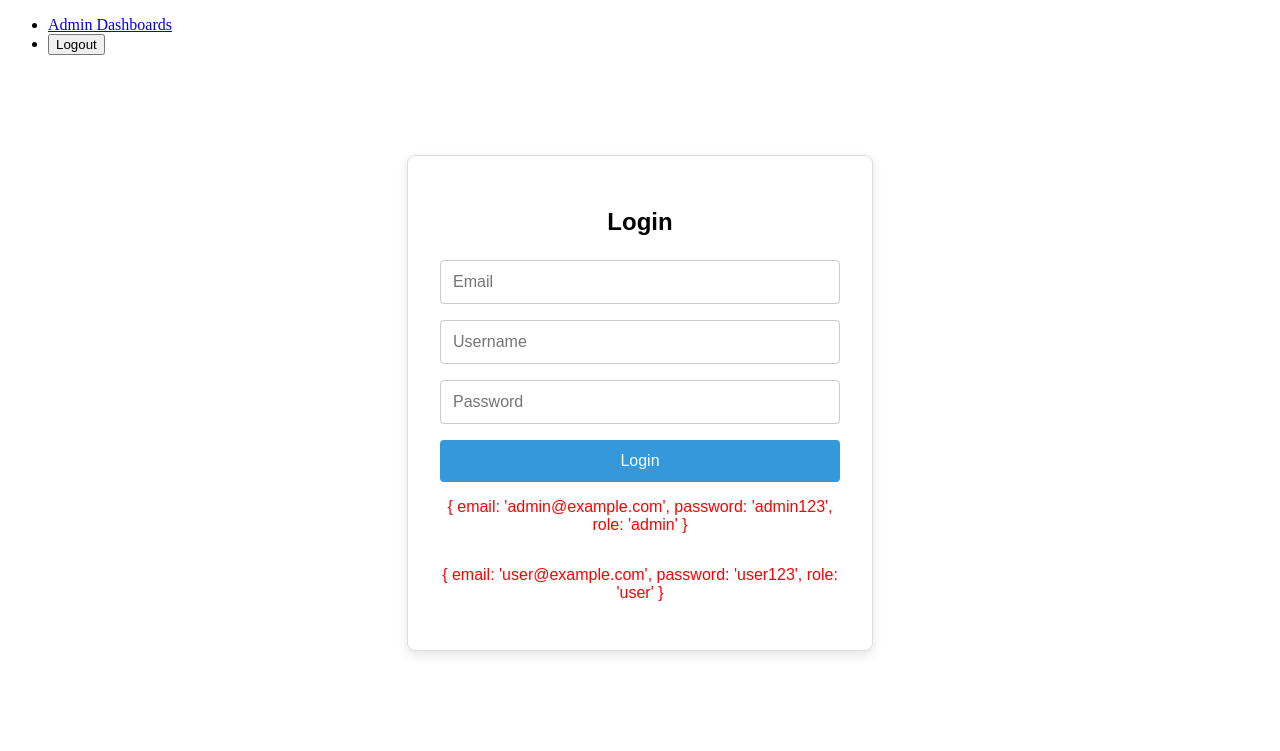
Repository: Edmund-Kiama/todoPHP
Page: / (app in task-manager-frontend/)
An editor plug-in stored every save of this project. The page is shown before and after the next save, followed by the edit.
The browser window is 1280 px wide. The pictures show the whole page.
The project was rebuilt for these pictures with package versions that can differ from the ones it lists, and the page was loaded fresh each time. Also part of the build but not shown: task-manager-frontend/vite.config.js, task-manager-frontend/src/components/Admin/admin.css, task-manager-frontend/src/components/Admin/AdminDashboard.vue, task-manager-frontend/src/components/User/user.css, task-manager-frontend/src/components/User/UserDashboard.vue.

Above is the page before, as saved 2025-07-12 21:07:35.

### task-manager-frontend/src/App.vue
<script setup>
  import Navbar from './components/Navbar/Navbar.vue';
  import { store } from './store';
</script>

<template>
  <Navbar />
  <router-view />
</template>

### task-manager-frontend/src/router/index.js
import { createRouter, createWebHistory } from 'vue-router';
import Login from '../components/Login/Login.vue';
import AdminDashboard from '../components/Admin/AdminDashboard.vue';
import UserDashboard from '../components/User/UserDashboard.vue';

const routes = [
  { path: '/', name: 'Login', component: Login },
  { path: '/admin', name: 'AdminDashboard', component: AdminDashboard },
  { path: '/user', name: 'UserDashboard', component: UserDashboard }
];

const router = createRouter({
  history: createWebHistory(),
  routes
});

export default router;

### task-manager-frontend/src/components/Navbar/Navbar.vue

<template>
  <nav v-if="store.user.loggedIn" class="">
    <ul>
      <li v-if="user.role === 'admin'"><a href="/admin">Admin Dashboards</a></li>
      <li v-if="user.role === 'user'"><a href="/user">User Dashboard</a></li>
      <li><button @click="logout">Logout</button></li>
    </ul>
  </nav>
</template>

<script setup>
  import "./nav.css"
  import { store } from '../../store'
  import { useRouter } from 'vue-router'

  const router = useRouter()

  const user = store.user
  if (!user.loggedIn) router.push('/')

  function logout() {
    store.user.role = null
    store.user.loggedIn = false
    localStorage.removeItem('token')
    router.push('/login')
  }
</script>

### task-manager-frontend/src/store.js
import { reactive } from 'vue'

export const store = reactive({
  user: {
    role: "admin",
    loggedIn: true,
    username: null
  },
})

### task-manager-frontend/src/components/Login/Login.vue
<script setup>
    import './login.css'
    import { ref } from 'vue';
    import { useRouter } from 'vue-router';

    const email = ref('');
    const name = ref('');
    const password = ref('');
    const error = ref('');
    const router = useRouter();

    const login = () => {
        const users = [
        { email: 'admin@example.com', password: 'admin123', role: 'admin' },
        { email: 'user@example.com', password: 'user123', role: 'user' },
        ];

        const user = users.find(
            (u) => u.email === email.value && u.password === password.value
        );

        if (!user) error.value = "Invalid credentials"
        if (user?.role === 'admin') router.push('/admin');
        if (user?.role === 'user') router.push('/user');
    };
</script>

<template>
    <div class="login-container">
        <h2>Login</h2>
        <form @submit.prevent="login">
            <input v-model="email" placeholder="Email" required />
            <input v-model="name" placeholder="Username" required />
            <input type="password" v-model="password" placeholder="Password" required />
            <button>Login</button>
            <p v-if="error">{{ error }}</p>
            <p>{ email: 'admin@example.com', password: 'admin123', role: 'admin' }</p>
            <p>{ email: 'user@example.com', password: 'user123', role: 'user' }</p>
        </form>
    </div>
</template>

### task-manager-frontend/src/components/Login/login.css

.login-container {
    max-width: 400px;
    margin: 100px auto;
    padding: 2rem;
    border: 1px solid #ddd;
    border-radius: 8px;
    background-color: #fff;
    box-shadow: 0 4px 12px rgba(0,0,0,0.1);
    font-family: Arial, sans-serif;
  }

  .login-container h2 {
    text-align: center;
    margin-bottom: 1.5rem;
  }

  .login-container form {
    display: flex;
    flex-direction: column;
  }

  .login-container input {
    padding: 0.75rem;
    margin-bottom: 1rem;
    border: 1px solid #ccc;
    border-radius: 4px;
    font-size: 1rem;
  }

  .login-container button {
    padding: 0.75rem;
    background-color: #3498db;
    color: white;
    font-size: 1rem;
    border: none;
    border-radius: 4px;
    cursor: pointer;
  }

  .login-container button:hover {
    background-color: #2980b9;
  }

  .login-container p {
    color: red;
    text-align: center;
    margin-top: 1rem;
  }

### task-manager-frontend/src/components/Navbar/nav.css
.navbar {
    background: #f5f5f5;
    padding: 1rem;
}
.navbar ul {
    display: flex;
    gap: 1rem;
    list-style: none;
}
.navbar a, .navbar button {
    text-decoration: none;
    background: none;
    border: none;
    color: #333;
    cursor: pointer;
}

Loaded but not shown: task-manager-frontend/index.html (common file); task-manager-frontend/src/main.js (common file)

After the next save:
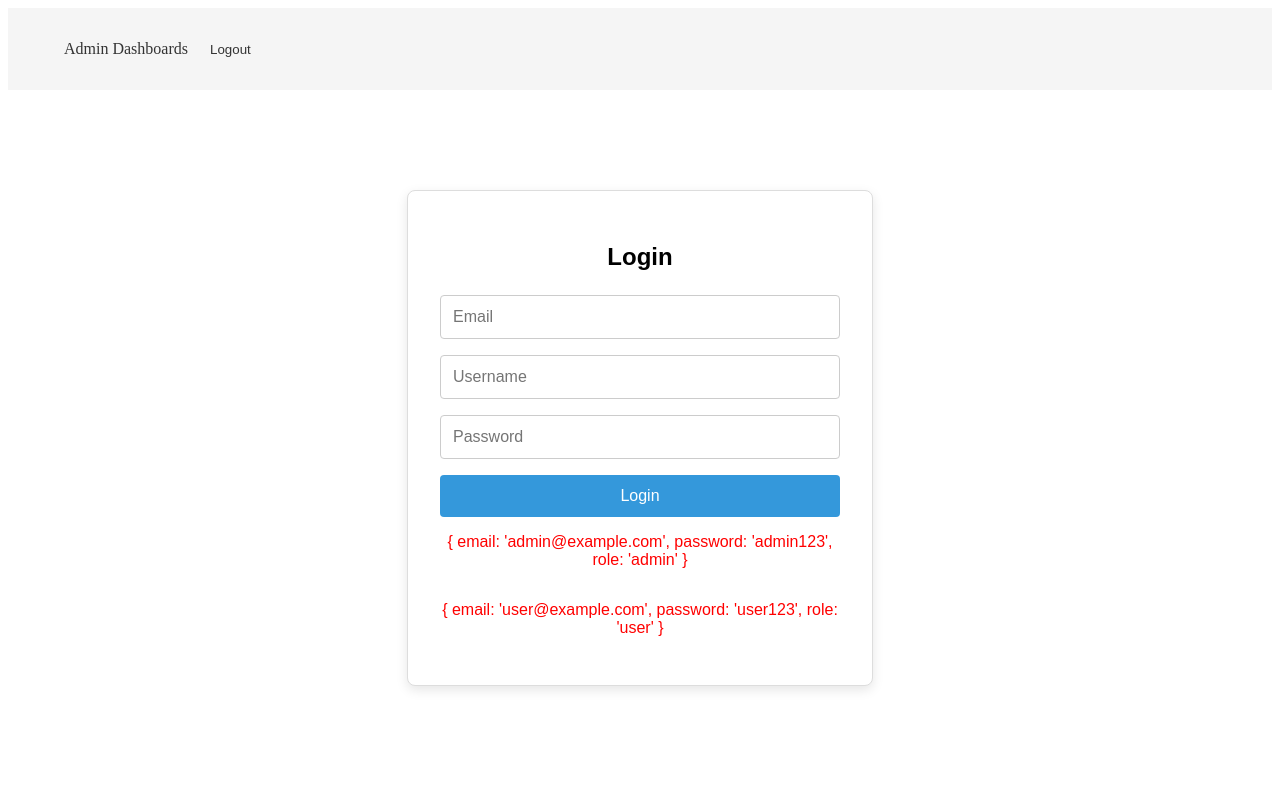
Saved 6 s later.
--- a/task-manager-frontend/src/components/Navbar/Navbar.vue
+++ b/task-manager-frontend/src/components/Navbar/Navbar.vue
@@ -1,6 +1,6 @@
 
 <template>
-  <nav v-if="store.user.loggedIn" class="">
+  <nav v-if="store.user.loggedIn" class="navbar">
     <ul>
       <li v-if="user.role === 'admin'"><a href="/admin">Admin Dashboards</a></li>
       <li v-if="user.role === 'user'"><a href="/user">User Dashboard</a></li>
